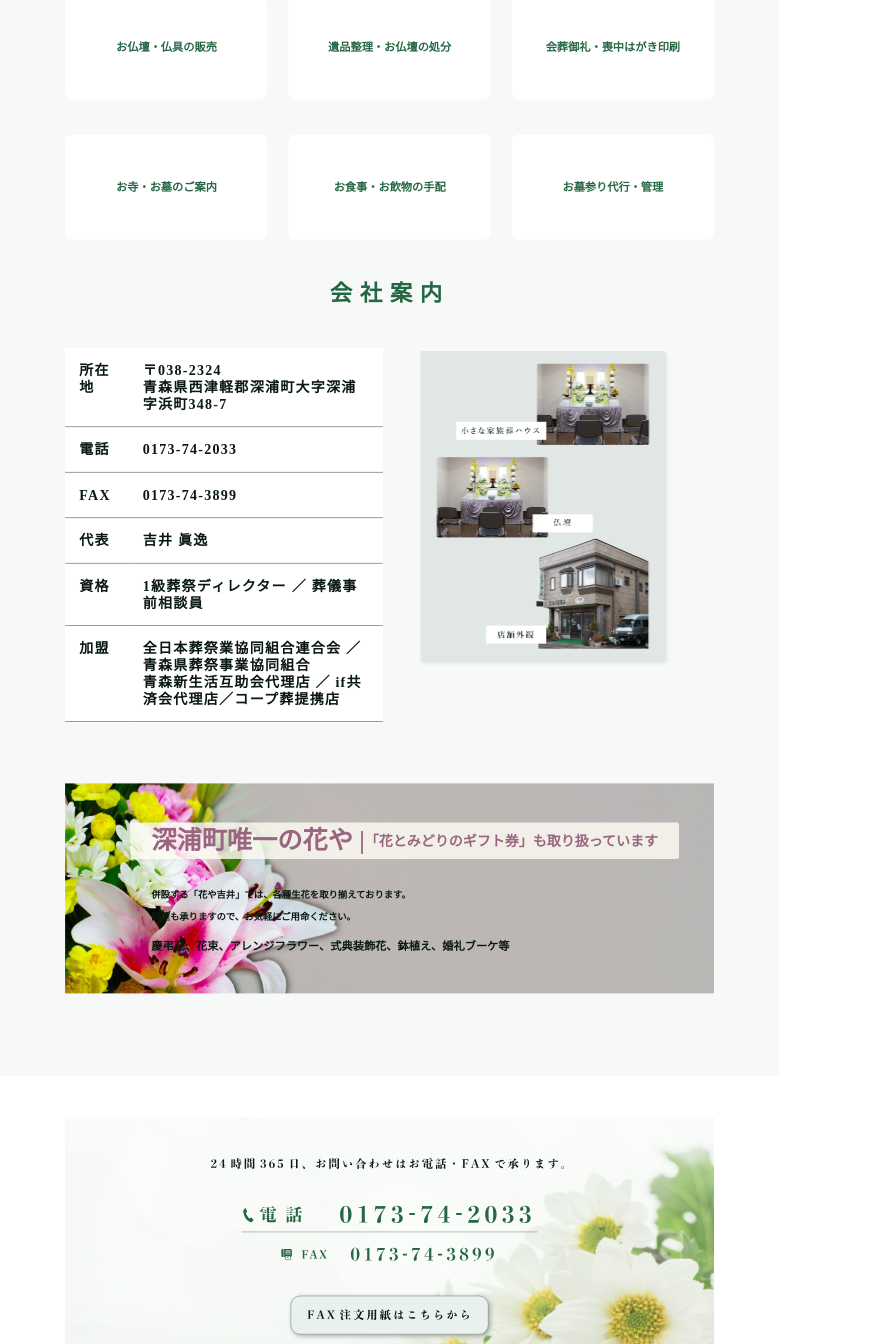
Repository: plus-agc-service-yamauchi/yoshii_scratch_ver3
Page: about.html
An editor plug-in stored every save of this project. The page is shown before and after the next save, followed by the edit.
The browser window is 1280 px wide. The pictures show the part of the page from y = 823 to 2743 px (the page is 3752 px tall), at 70% of full size.
Some web libraries are served in a nearby version. The style sheet was rebuilt from its Sass, Less or Tailwind sources for each picture, by a compiler version that may differ from the author's.

Above is the page before, as saved 2021-02-01 15:35:08.
Console error (its wording comes from the project's code and is left out).

After the next save:
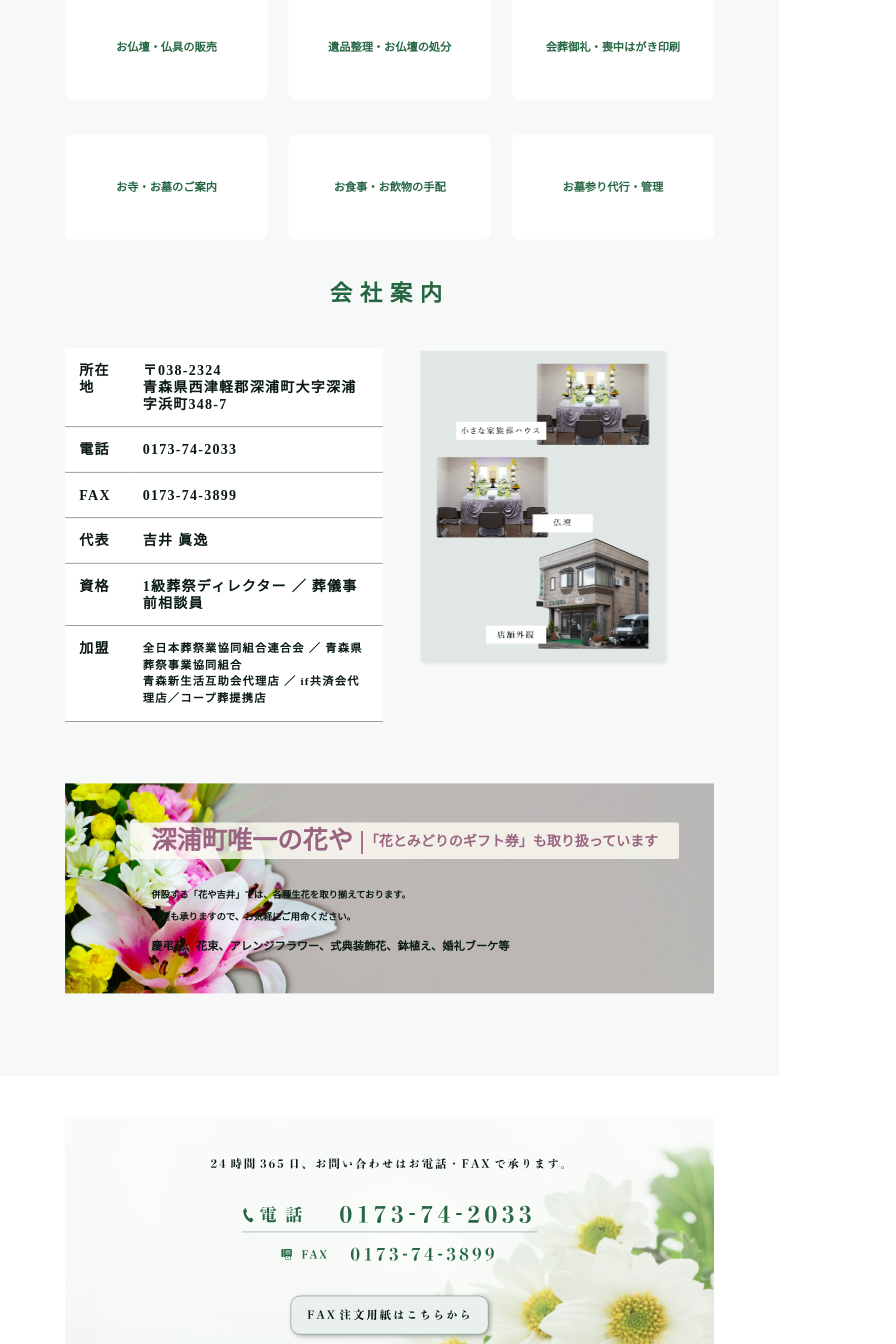
Saved 2 min 24 s later.
--- a/scss/about.scss
+++ b/scss/about.scss
@@ -247,5 +247,8 @@ td.tdr {
     letter-spacing: 1.8px;
     padding: 20px 20px;
     color: #091911;
-  }
-}
+    p{
+      font-size:16px;
+    }
+  }
+}
